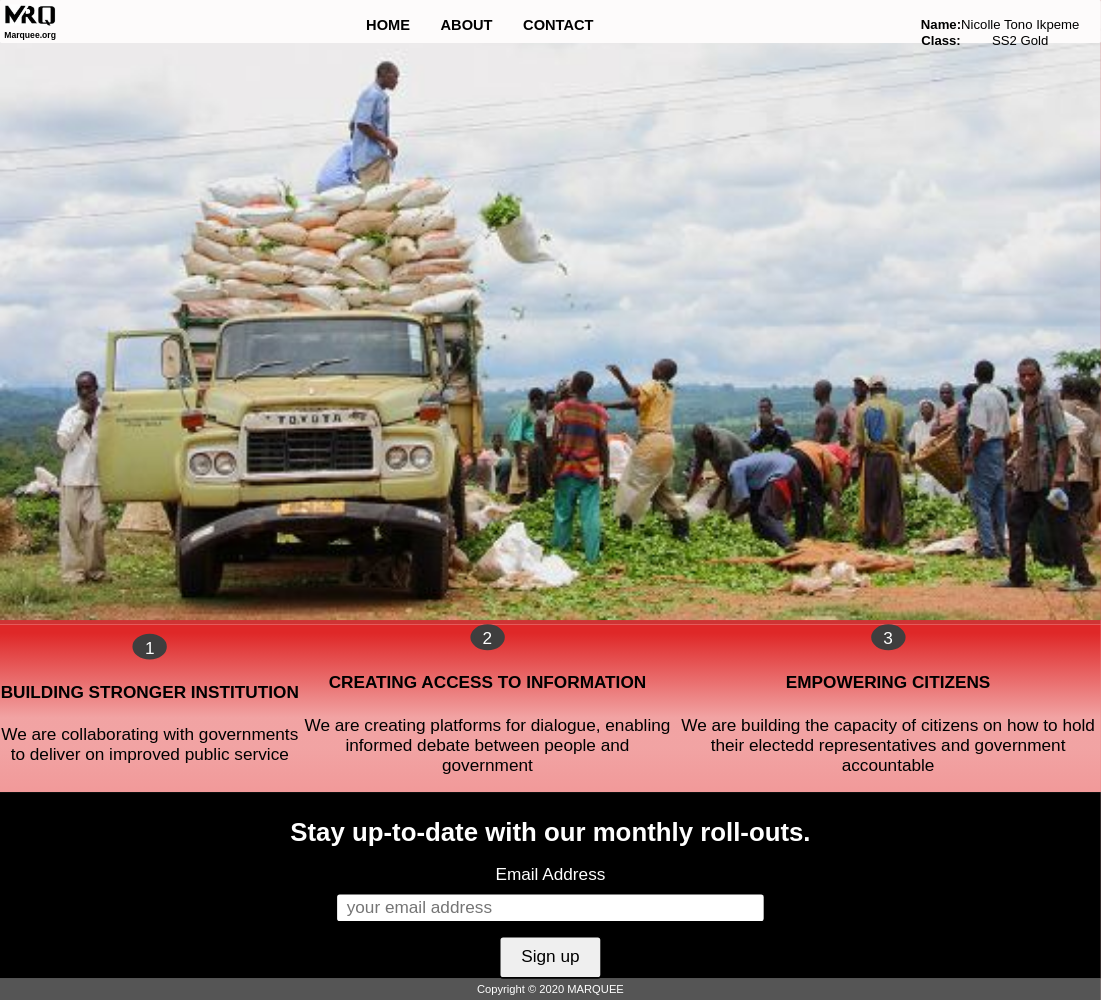
Repository: pboi18/Marquee.org
Page: home.html
The author's editor kept a copy of each file at every save. The page is drawn from the files as they stood at one save, then again after the next save.
The browser window is 1280 px wide. The pictures show the whole page, at 86% of full size.

Above is the page before, as saved 2020-07-11 23:25:16.

After the next save:
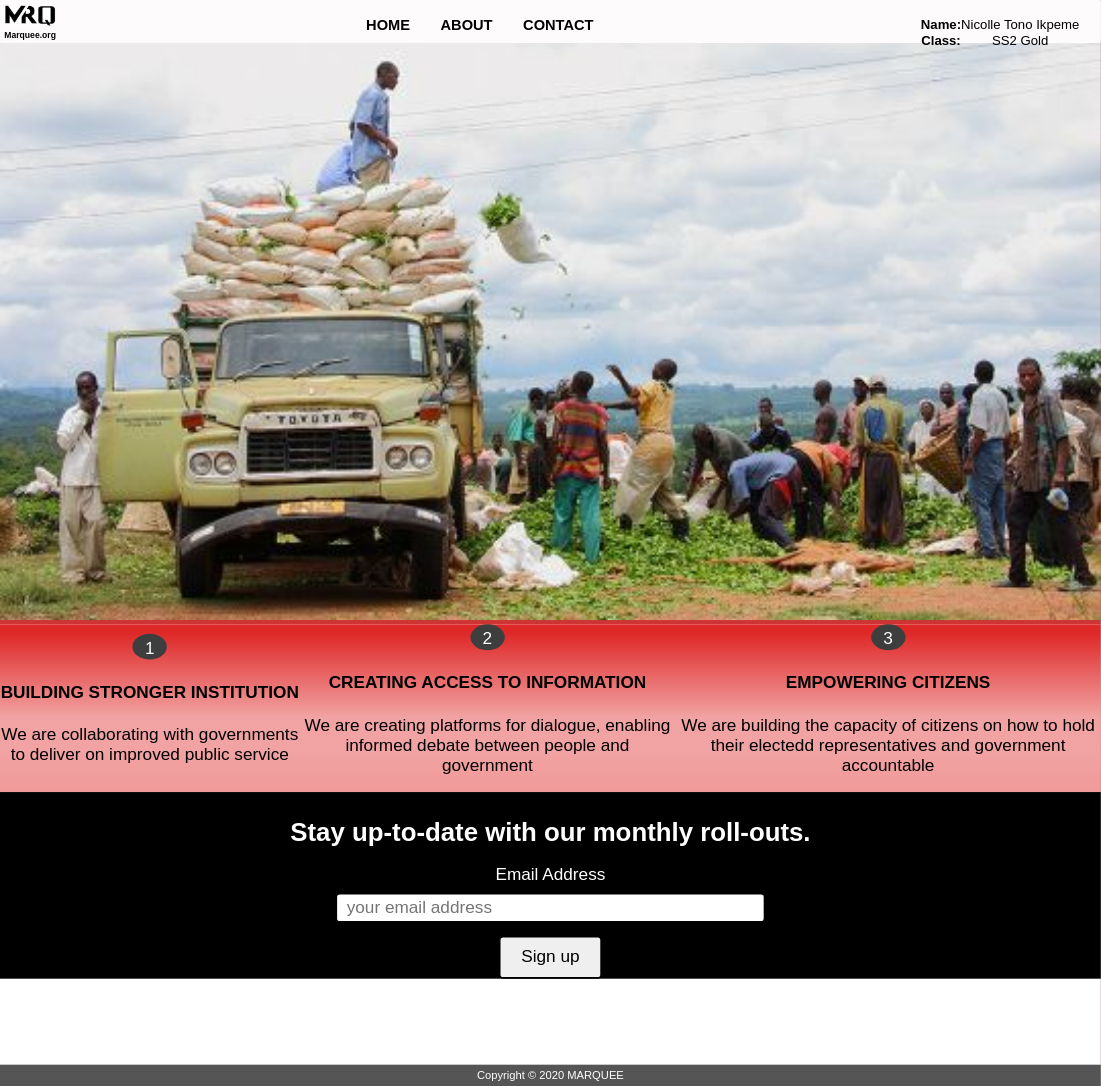
Saved 37 s later.
--- a/home.html
+++ b/home.html
@@ -96,7 +96,7 @@
                 </table>
             </header>
 
-            <section>
+            <section style="margin-bottom: 100px;">
                 <div class="sec">
                     <h2 style="color: white; padding-top: 30px; padding-bottom: 10px; margin: 0;">Stay up-to-date with our monthly roll-outs.</h2>
 
